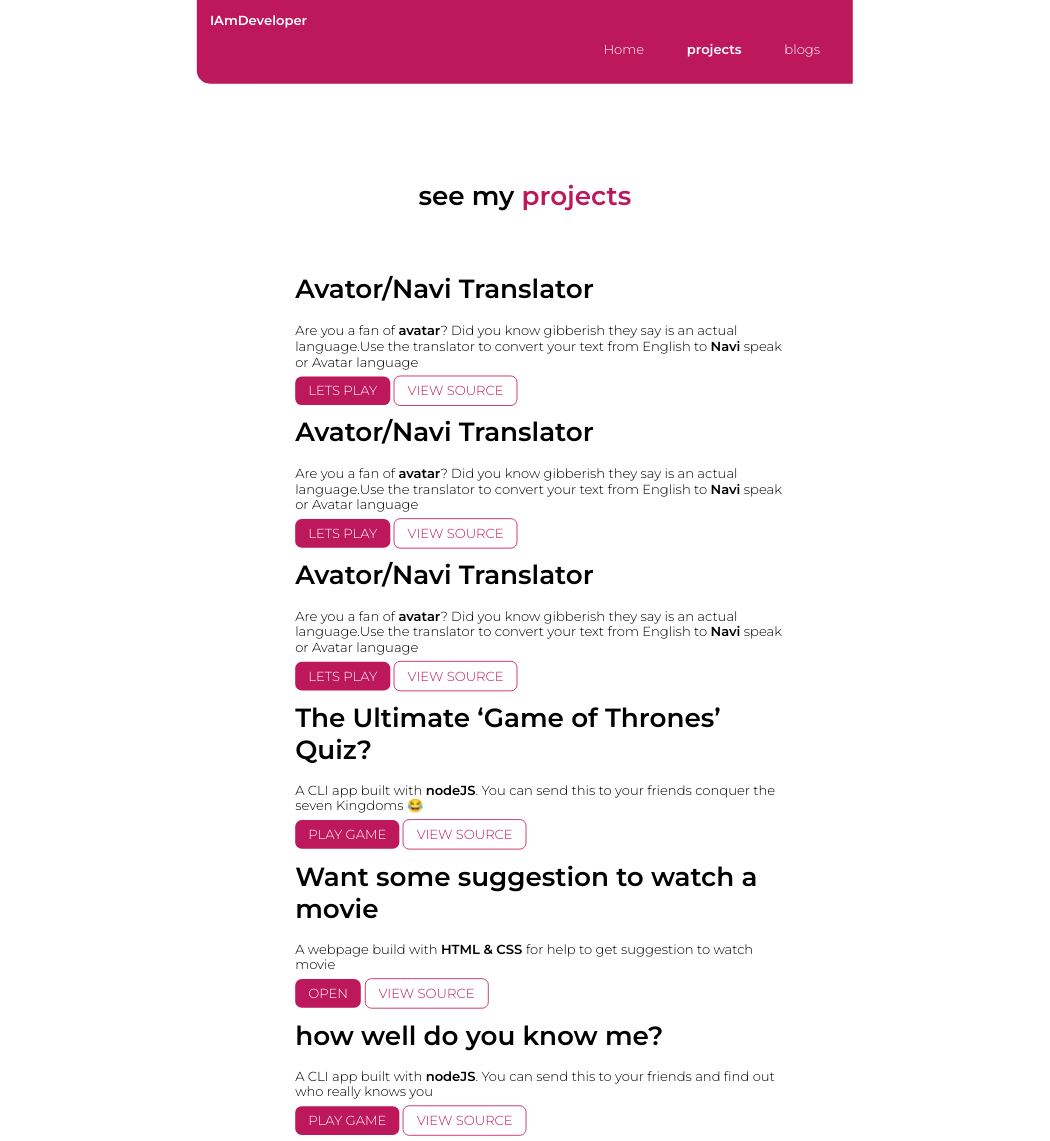
Repository: sohan2503001/Portfolio
Page: projects.html
An editor plug-in stored every save of this project. The page is shown before and after the next save, followed by the edit.
The browser window is 1280 px wide. The pictures show the whole page, at 82% of full size.

Above is the page before, as saved 2021-04-21 20:30:06.

After the next save:
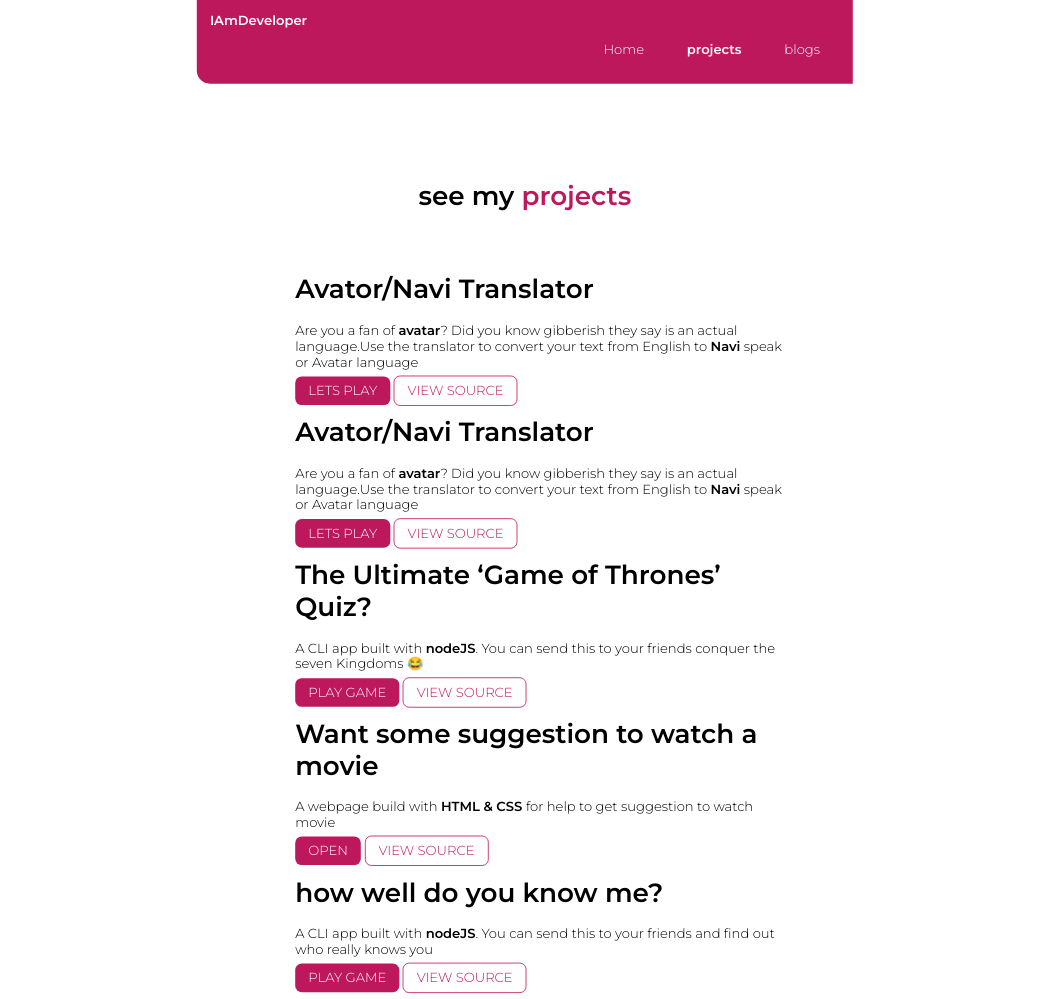
Saved 18 s later.
--- a/projects.html
+++ b/projects.html
@@ -35,20 +35,6 @@
 
 
     <div class="container container-center">
-      <li>
-        <h1>Avator/Navi Translator </h1>
-        <p>
-          Are you a fan of <strong>avatar</strong>? Did you know gibberish they say is an actual
-          language.Use the translator to convert your text from English to <strong>Navi</strong>
-          speak or Avatar language
-        </p>
-
-        <a class="link link-primary" href="https://avator-speak.netlify.app/"
-          target="_blank">LETS PLAY</a>
-        <a class="link link-secondary" href="https://github.com/sohan2503001/Avator-speak" target="_blank">VIEW
-          SOURCE</a>
-      </li>
-    </div><div class="container container-center">
       <li>
         <h1>Avator/Navi Translator </h1>
         <p>
